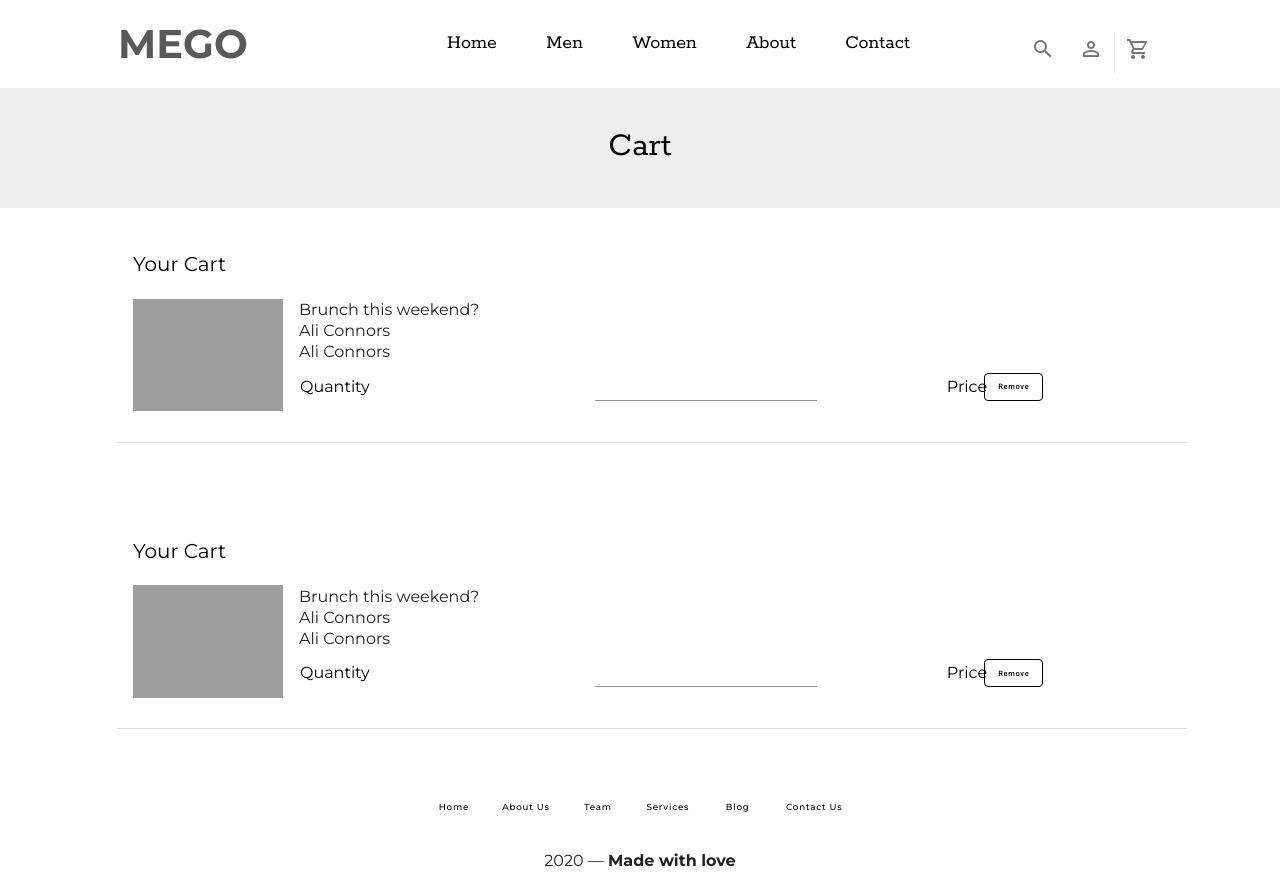
Repository: nguyenphuong152/mego-frontend
Page: /cart (app in frontend/)
These files come from the project's save history. The page is drawn as it stood at one moment and after the next save; the edit follows.
The browser window is 1280 px wide. The pictures show the whole page.
Pictures or frames that could not be fetched are drawn as grey boxes. The project was rebuilt for these pictures with package versions that can differ from the ones it lists, and the page was loaded fresh each time. Also part of the build but not shown: frontend/vue.config.js, frontend/src/components/Customer/Collection.vue, frontend/src/components/Customer/Banner.vue, frontend/src/components/Customer/BestSeller.vue, frontend/src/components/Customer/Partner.vue, frontend/src/views/Customer/Home.vue, frontend/src/components/Customer/ProductCategory.vue, frontend/src/components/Customer/ProductView.vue and 10 more. Imported but missing from the stored project, and not drawn on this page: frontend/src/views/Admin/Category.vue, frontend/src/views/Admin/ManageProduct.vue, frontend/src/views/Admin/ManageUser.vue, frontend/src/views/Admin/OrderList.vue.

Above is the page before, as saved 2020-11-26 16:59:06.

### frontend/public/index.html
<!DOCTYPE html>
<html lang="en">
  <head>
    <meta charset="utf-8">
    <head>
      <title>MEGO</title>
    </head>
    <meta http-equiv="X-UA-Compatible" content="IE=edge">
    <meta name="viewport" content="width=device-width,initial-scale=1.0">
    <link rel="icon" href="<%= BASE_URL %>favicon.ico">
    <title><%= htmlWebpackPlugin.options.title %></title>
    <link href="https://fonts.googleapis.com/css?family=Montserrat:300,400,500,600,700" rel="stylesheet">
    <link href="https://fonts.googleapis.com/css?family=Rokkitt:100,300,400,700" rel="stylesheet">
    <link rel="stylesheet" href="https://fonts.googleapis.com/css?family=Roboto:100,300,400,500,700,900">
    <link rel="stylesheet" href="https://cdn.jsdelivr.net/npm/@mdi/font@latest/css/materialdesignicons.min.css">
  </head>
  <body>
    <noscript>
      <strong>We're sorry but <%= htmlWebpackPlugin.options.title %> doesn't work properly without JavaScript enabled. Please enable it to continue.</strong>
    </noscript>
    <div id="app"></div>
    <!-- built files will be auto injected -->
  </body>
</html>

### frontend/src/main.js
import Vue from 'vue'
import App from './App.vue'
import vuetify from './plugins/vuetify';
import router from './router'
import '../sass/style.scss'
import 'bootstrap/dist/css/bootstrap.css'
import 'bootstrap-vue/dist/bootstrap-vue.css'
import { BootstrapVue, IconsPlugin } from 'bootstrap-vue'

Vue.use(BootstrapVue)
// Optionally install the BootstrapVue icon components plugin
Vue.use(IconsPlugin)
Vue.config.productionTip = false

new Vue({
  vuetify,
  router,
  render: h => h(App)
}).$mount('#app')

### frontend/src/App.vue
<template>
  <v-app app>
    <v-container v-if="!['Admin', 'Banner', 'Category','Product','ManageUser','OrderList','Dashboard'].includes($route.name)">
      <Toolbar />
    </v-container>
    <v-main>
      <router-view></router-view>
    </v-main>
      <Footer v-if="!['Admin', 'Banner', 'Category','Product','ManageUser','OrderList','Dashboard'].includes($route.name)"/>
  </v-app>

</template>

<script>

import Footer from "./components/Customer/Footer";
import Toolbar from "./components/Customer/Toolbar";

export default {
  name: "App",

  components: {
    Toolbar,
    Footer
  },

  data: () => ({
    //
  }),
};
</script>

### frontend/src/plugins/vuetify.js
import Vue from 'vue';
import Vuetify from 'vuetify/lib';


Vue.use(Vuetify);

const vuetify = new Vuetify({
    theme: {
      themes: {
        light: {
          primary: '#000',
          secondary: '#b0bec5',
          accent: '#8c9eff',
          error: '#b71c1c',
        },
      },
    },
  })

export default new Vuetify({
    vuetify,
});

### frontend/src/router/index.js
import Vue from "vue";
import VueRouter from "vue-router";
import Home from "../views/Customer/Home.vue";
import Men from "../views/Customer/Men.vue";
import Women from "../views/Customer/Women.vue";
import Admin from "../views/Admin/Admin.vue";
import Product from "../views/Admin/ManageProduct.vue";
import Banner from "../views/Admin/Banner.vue";
import Category from "../views/Admin/Category.vue";
import ManageUser from "../views/Admin/ManageUser.vue";
import OrderList from "../views/Admin/OrderList.vue";
import Dashboard from "../views/Admin/Dashboard.vue"
//import ProductDetail from "../views/ProductDetail.vue"

Vue.use(VueRouter);

const routes = [
  {
    path: "/",
    name: "Home",
    component: Home,
  },
  {
    path: "/men",
    name: "Men",
    component: Men,
  },
  {
    path: "/women",
    name: "Women",
    component: Women,
  },
  {
    path: "/about",
    name: "About",
    // route level code-splitting
    // this generates a separate chunk (about.[hash].js) for this route
    // which is lazy-loaded when the route is visited.
    component: () =>
      import(/* webpackChunkName: "about" */ "../views/Customer/About.vue"),
  },
  {
    path: "/contact",
    name: "Contact",
    component: () =>
      import(/* webpackChunkName: "about" */ "../views/Customer/Contact.vue"),
  },
  {
    path: "/cart",
    name: "Cart",
    component: () =>
      import(/* webpackChunkName: "about" */ "../views/Customer/Cart.vue"),
  },
  {
    path: "/account",
    name: "Account",
    component: () =>
      import(/* webpackChunkName: "about" */ "../views/Customer/Account.vue"),
  },
  {
    path: "/userlogin",
    name: "UserLogin",
    component: () =>
      import(/* webpackChunkName: "about" */ "../views/Customer/UserLogin.vue"),
  },
  {
    path: "/checkout",
    name: "Checkout",
    component: () =>
      import(/* webpackChunkName: "about" */ "../views/Customer/Checkout.vue"),
  },
  {
    path: "/product/:id",
    name: "ProductDetail",
    component: () =>
      import(/* webpackChunkName: "about" */ "../views/Customer/ProductDetail.vue"),
  },
  {
    path: "/admin",
    name: "Admin",
    component: Admin,
    children: [
      {
        path: "/banner",
        name: "Banner",
        component: Banner,
      },
      {
        path: "/category",
        name: "Category",
        component: Category,
      },
      {
        path: "/product",
        name: "Product",
        component: Product,
      },
      {
        path: "/manageuser",
        name: "ManageUser",
        component: ManageUser,
      },
      {
        path: "/orderlist",
        name: "OrderList",
        component: OrderList,
      },
      {
        path: "/dashboard",
        name: "Dashboard",
        component: Dashboard,
      },
    ],
  },
];

const router = new VueRouter({
  mode: "history",
  base: process.env.BASE_URL,
  routes,
});

export default router;

### frontend/sass/style.scss

$font-primary: 'Montserrat',
Arial,
sans-serif;
$font-secondary: 'Rokkitt',
Georgia,
serif;


@import '~vuetify/src/styles/styles.sass';

// Overrides
$grid-gutter-width: 20px !default;
$border-radius-base: 4px !default;
$padding-base-vertical: 14px !default;

$brand-primary: #616161 !default;
$brand-secondary: #88c8bc !default;
$brand-yellow: #FFDD00 !default;
$brand-footer-color: #2C2E3E;

$brand-white: #fff;
$brand-black: #000;
$brand-darker: #444;
$brand-gray: #ccc;
$brand-lighter: #e9e9e9;
$brand-body-color: #e8e8e8;
$brand-selection-color: #f9f6f0;
$brand-overlay-color: #4c4a8a;
$brand-bg-color: $brand-white;

.v-btn {
  text-transform:none !important;
}
// .v-text-field{
//   width: 50px;
//   height: 10px;
// }

#app {
  -webkit-font-smoothing: antialiased;
  -moz-osx-font-smoothing: grayscale;

  text-align: center;
  .container {
    max-width: 1100px;
  }
  font: 300
}

.nav {
  padding-left: 0px;
  a {
    font-size: 20px;
    color: lighten($brand-black,35%);
    font-family: $font-secondary;
    text-decoration: none;
    font-weight: 500;
    &.router-link-exact-active {
      color: #42b983;
    }

  }
}

#logo {
  font-size: 40px;
  font-weight: 700;
  font-family: $font-primary;
  color: lighten($brand-black, 35%);
}


.slogan {
  font-size: 50px;
  color: #2c3e50;
  font-family: $font-secondary;
  text-decoration: none;
}

.title-collection{
  @extend .slogan;
  font-size: 25px;
}


.slogan-3 {
  @extend .slogan;
  font-size: 35px;
}

.title-shoes {
  @extend .slogan;
  font-size: 20px;
}


.footer-text {
  font-family:$font-primary;
  font-size: 16px;
}

.admin {
  font-family: $font-primary;
  font-size:16px;
}

.admin-nav {
  font-family: $font-primary !important;
  font-size: 20px !important;
  color: white !important;
}

### frontend/src/components/Customer/Footer.vue
<template>
  <v-footer class="white" padless>
    <v-row justify="center" no-gutters>
      <v-btn
        v-for="link in links"
        :key="link"
        color="black"
        text
        rounded
        class="my-2 footer-text"
      >
        {{ link }}
      </v-btn>
      <v-col class="white py-4 text-center fluid footer-text" cols="12">
        {{ new Date().getFullYear() }} — <strong>Made with love</strong>
      </v-col>
    </v-row>
  </v-footer>
</template>

<script>
export default {
  data: () => ({
    links: ["Home", "About Us", "Team", "Services", "Blog", "Contact Us"],
  }),
};
</script>

<style></style>

### frontend/src/components/Customer/Toolbar.vue
<template>
  <v-toolbar flat>
    <v-row class="d-flex align-baseline">
      <v-col cols="3" class="d-flex justify-lg-start">
        <v-toolbar-title id="logo">MEGO</v-toolbar-title>
      </v-col>
      <v-col class="d-flex justify-space-around text-start nav">
        <router-link to="/">Home</router-link>
        <router-link to="/men">Men</router-link>
        <router-link to="/women">Women</router-link>
        <router-link to="/about">About</router-link>
        <router-link to="/contact">Contact</router-link>
      </v-col>
      <v-col cols="2" class="d-flex justify-end">
        <v-btn icon>
          <v-icon>mdi-magnify</v-icon>
        </v-btn>
        <v-menu
          open-on-hover
          top
          offset-y
          :position-x="960"
          :position-y="230"
          absolute
        >
          <template v-slot:activator="{ on, attrs }">
            <v-btn icon v-bind="attrs" v-on="on">
              <v-icon>mdi-account-outline</v-icon>
            </v-btn>
          </template>

          <v-list class="text-start nav">
            <v-list-item v-for="(item, index) in routes" :key="index" :to="item.path">
              <v-list-item-title>{{ item.name }}</v-list-item-title>
            </v-list-item>
          </v-list>
        </v-menu>
        <v-divider vertical inset></v-divider>
        <v-btn icon @click="goToCart">
          <v-icon>mdi-cart-outline</v-icon>
        </v-btn>
      </v-col>
    </v-row>
  </v-toolbar>
</template>

<script>
export default {
  data: () => ({
    routes: [
      {
        path:"/checkout",
        name:"Check Out"
       },
       {
        path:"/account",
        name:"My Account"
       },
       {
        path:"/userlogin",
        name:"User Login"
       },

    ],
  }),
  methods: {
     goToCart: function() {
     this.$router.push({name: 'Cart'})
     }
  }
};
</script>

<style></style>

### frontend/src/views/Customer/Cart.vue
<template>
  <div class="cart app">
   <v-sheet color="grey lighten-3" height="120">
      <v-container py-8>
        <a class="slogan-3">Cart</a>
      </v-container>
    </v-sheet>
     <div>
       <v-container>
 <v-row>
         <v-col cols="8">
<totalProducts/>
         </v-col>
   <v-col>
<totalProducts/>
         </v-col>
       </v-row>
       </v-container>

  </div>
  </div>
</template>

<script>

import totalProducts from '../../components/Customer/TotalProducts'


export default {
  components: {totalProducts},
   data () {

   }
}
</script>

### frontend/src/components/Customer/TotalProducts.vue
<template>
  <v-container class="app">
    <v-list three-line>
      <template v-for="(item, index) in items">
        <v-subheader
          class="admin-nav black--text"
          v-if="item.header"
          :key="item.header"
          v-text="item.header"
        ></v-subheader>

        <v-divider v-else-if="item.divider" :key="index"></v-divider>

        <v-list-item v-else :key="item.title">
          <v-img :src="item.avatar" max-height="150" max-width="150"></v-img>
          <v-list-item-content class="text-start ml-4">
            <v-list-item-title
              v-html="item.title"
              class="admin"
            ></v-list-item-title>
            <v-list-item-subtitle
              class="admin"
              v-html="item.subtitle"
            ></v-list-item-subtitle>
            <v-list-item-subtitle
              class="admin"
              v-html="item.subtitle"
            ></v-list-item-subtitle>
            <v-row class="pl-4 d-flex align-center">
              <v-col class="pa-0 admin " cols="4">
                <a>Quantity</a>
              </v-col>
              <v-col class="pa-0 admin" cols="3">
                <v-text-field single-line></v-text-field>
              </v-col>
              <v-col class="text-end admin">
                <a> Price</a>
              </v-col>
              <v-row>
                 <v-btn small  outlined color="black">
              Remove
            </v-btn>
              </v-row>
            </v-row>

          </v-list-item-content>
        </v-list-item>
      </template>
    </v-list>
  </v-container>
</template>

<script>
export default {
  data: () => ({
    items: [
      { header: "Your Cart" },
      {
        avatar: "https://cdn.vuetifyjs.com/images/lists/1.jpg",
        title: "Brunch this weekend?",
        subtitle: `<span class="text--primary">Ali Connors</span>`,
      },
      { divider: true, inset: true },
    ],
    size: ["Foo", "Bar", "Fizz", "Buzz"],
  }),
};
</script>

<style></style>

After the next save:
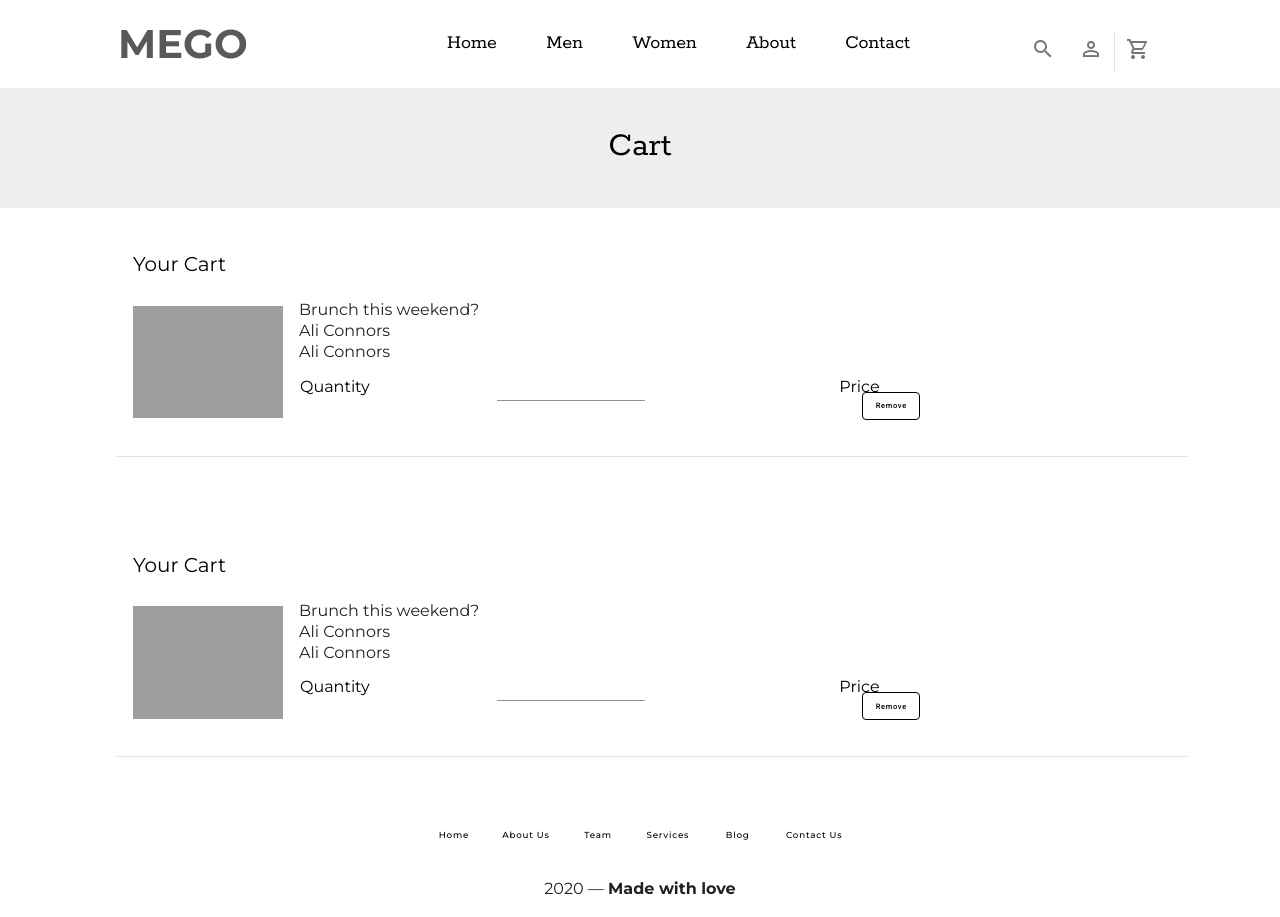
Saved 13 s later.
--- a/frontend/src/components/Customer/TotalProducts.vue
+++ b/frontend/src/components/Customer/TotalProducts.vue
@@ -36,12 +36,13 @@
               <v-col class="text-end admin">
                 <a> Price</a>
               </v-col>
-              <v-row>
+
+            </v-row>
+            <v-row>
                  <v-btn small  outlined color="black">
               Remove
             </v-btn>
               </v-row>
-            </v-row>
 
           </v-list-item-content>
         </v-list-item>
